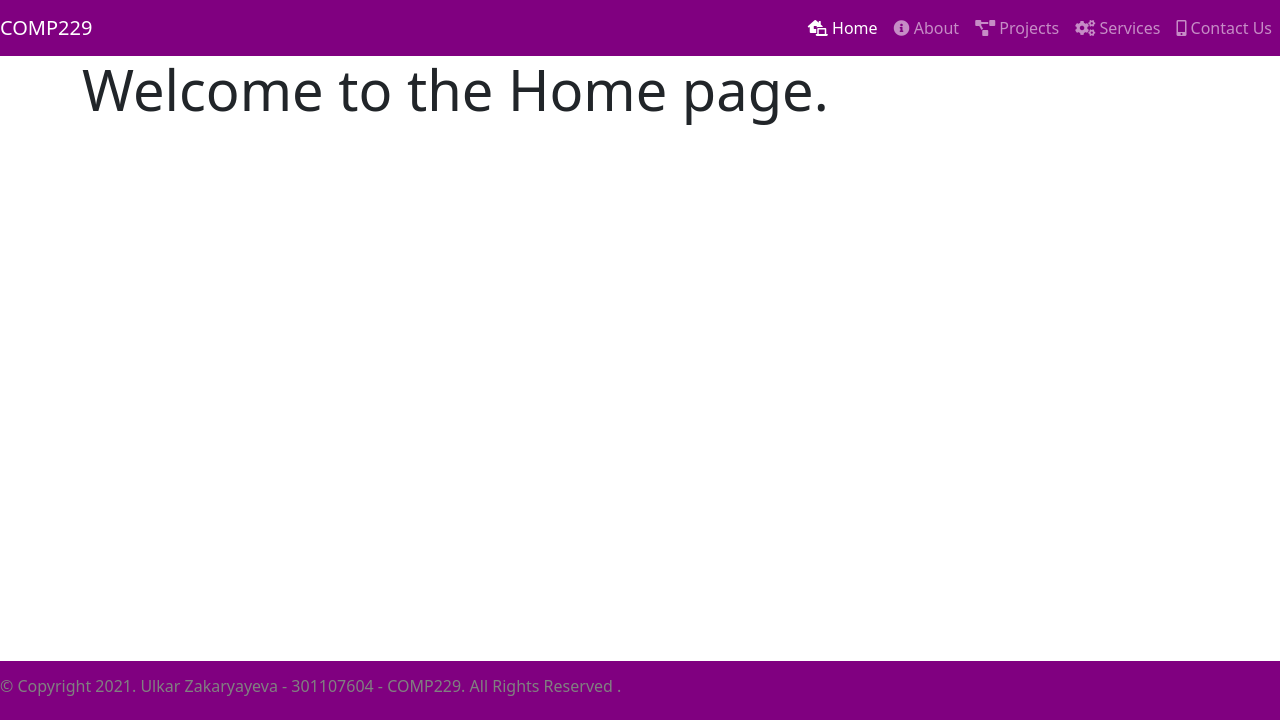
Repository: ulkarz/Authentication
Page: http://localhost/
The author's editor kept a copy of each file at every save. The page is drawn from the files as they stood at one save, then again after the next save.
The browser window is 1280 px wide. The pictures show the whole page.
The page is served by the project's Node server (server.js).

Above is the page before, as saved 2021-10-17 21:27:10.

After the next save:
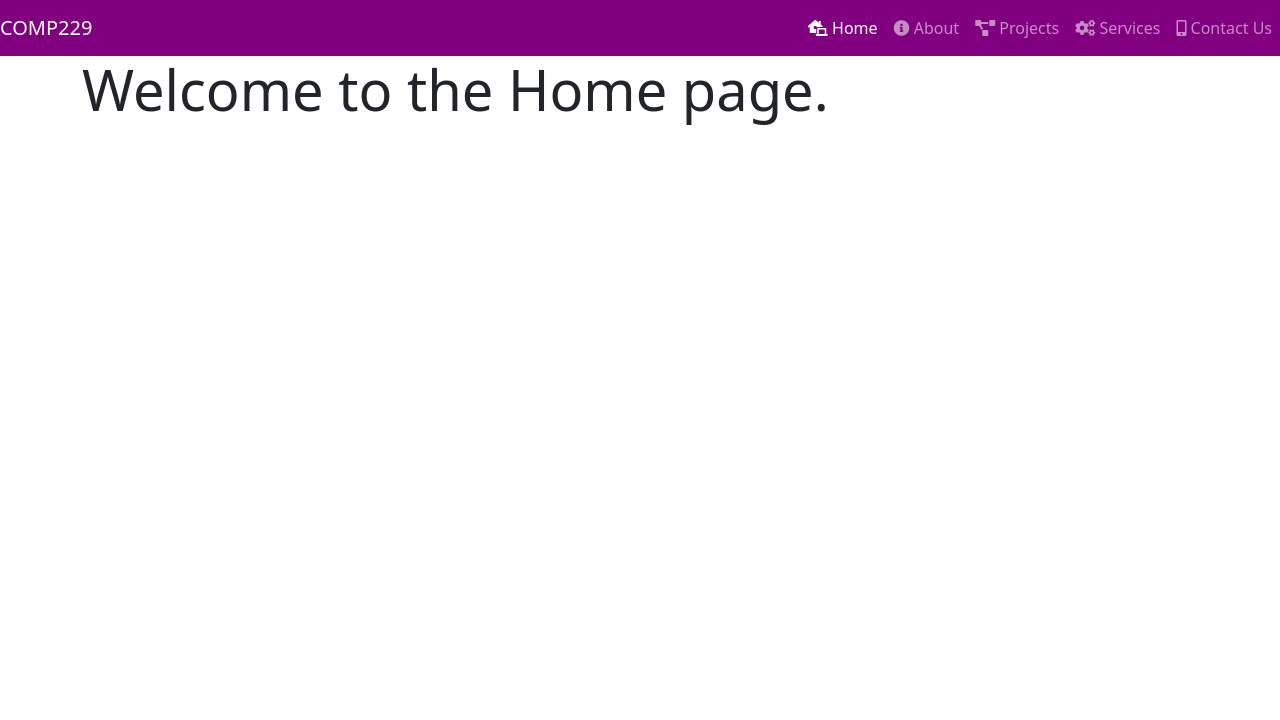
Saved 31 s later.
--- a/views/index.ejs
+++ b/views/index.ejs
@@ -1,75 +1,12 @@
 <%- include partials/header.ejs %>
 
+<%- include partials/main_nav.ejs %>
 
-<body>
 
-  <!-- Main Navigation-->
 
-  <nav class="navbar navbar-expand-lg navbar-dark" style="background-color: purple; ">
-    <a class="navbar-brand" href="/">COMP229</a>
-    <button class="navbar-toggler" type="button" data-bs-toggle="collapse" data-bs-target="#navbarSupportedContent" aria-controls="navbarSupportedContent" aria-expanded="false" aria-label="Toggle navigation">
-      <span class="navbar-toggler-icon"></span>
-    </button>
-
-    <div class="collapse navbar-collapse" id="navbarSupportedContent">
-      <ul class="navbar-nav ms-auto mb-2 mb-lg-0">
-
-        <li class="nav-item">
-          <% if (title == "Home") { %>
-            <a class="nav-link active" aria-current="page" href="/home">
-          <% } else { %>
-            <a class="nav-link" aria-current="page" href="/home">
-          <% } %>
-          <i class="fas fa-laptop-house"></i> Home </a>
-        </li>
-
-         <li class="nav-item">
-          <% if (title == "About") { %>
-            <a class="nav-link active" aria-current="page" href="/about">
-          <% } else { %>
-            <a class="nav-link" aria-current="page" href="/about">
-          <% } %>
-          <i class="fas fa-info-circle"></i> About </a>
-        </li>
-
-        <li class="nav-item">
-          <% if (title == "Projects") { %>
-            <a class="nav-link active" aria-current="page" href="/projects">
-          <% } else { %>
-            <a class="nav-link" aria-current="page" href="/projects">
-          <% } %>
-          <i class="fas fa-project-diagram"></i> Projects </a>
-        </li>
-
-        <li class="nav-item">
-          <% if (title == "Services") { %>
-            <a class="nav-link active" aria-current="page" href="/services">
-          <% } else { %>
-            <a class="nav-link" aria-current="page" href="/services">
-          <% } %><i class="fas fa-cogs"></i> Services </a>
-        </li>
-
-        <li class="nav-item">
-          <% if (title == "Contact Us") { %>
-            <a class="nav-link active" aria-current="page" href="/contact">
-          <% } else { %>
-            <a class="nav-link" aria-current="page" href="/contact">
-          <% } %>
-          <i class="fas fa-mobile-alt"></i> Contact Us </a>
-        </li>
-
-    </div>
-  </nav>
 <!-- Main Content-->
   <main class="container">
     <div class="jumbotron">
       <h2 class="display-4">Welcome to the <strong><%= title %></strong> page.</h2>
       </div>
   </main>
-
-  <!-- Bottom Nav -->
-  <footer>
-    <nav class="navbar fixed-bottom navbar-light" style="background-color: purple; " >
-        <div class="display-6 navbar-text" style="color: grey;"><h6>&copy; Copyright 2021. Ulkar Zakaryayeva - 301107604 - COMP229. All Rights Reserved .</h6></div>
-    </nav>
-  </footer>

After the save that followed:
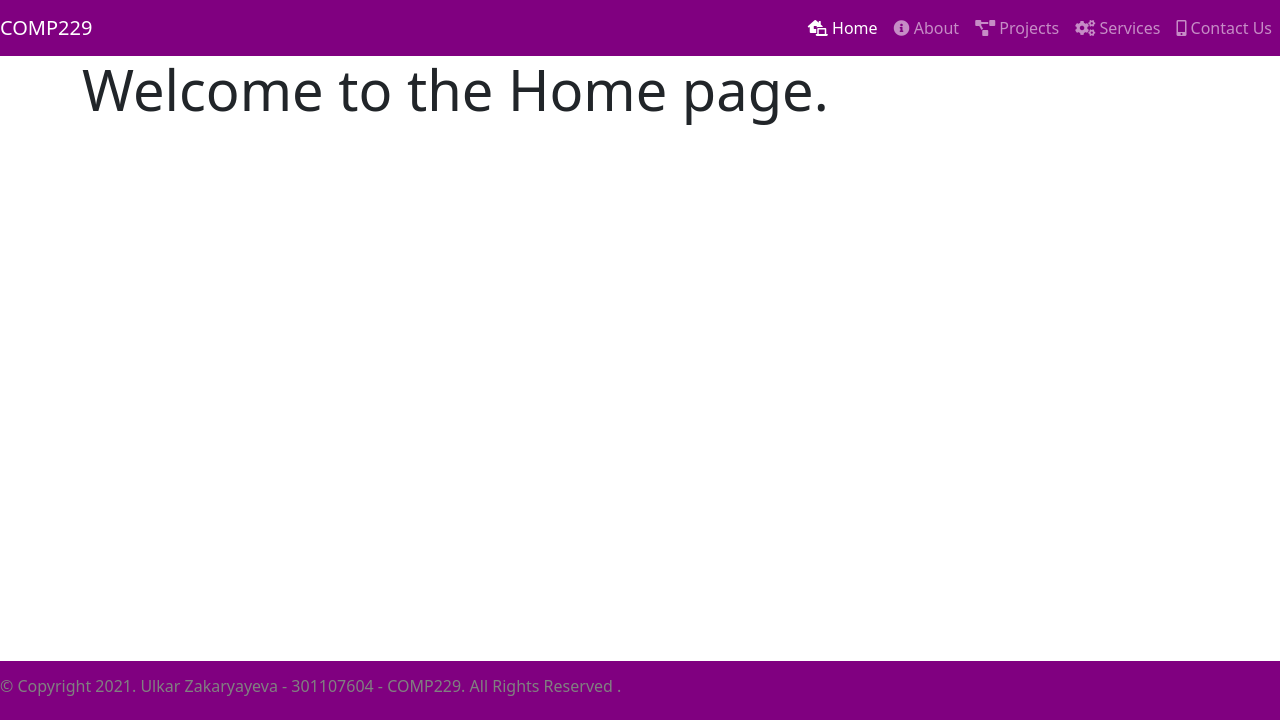
Saved 43 s later.
--- a/views/index.ejs
+++ b/views/index.ejs
@@ -1,7 +1,6 @@
 <%- include partials/header.ejs %>
 
 <%- include partials/main_nav.ejs %>
-
 
 
 <!-- Main Content-->
@@ -10,3 +9,5 @@
       <h2 class="display-4">Welcome to the <strong><%= title %></strong> page.</h2>
       </div>
   </main>
+
+  <%- include partials/bottom_nav.ejs %>
